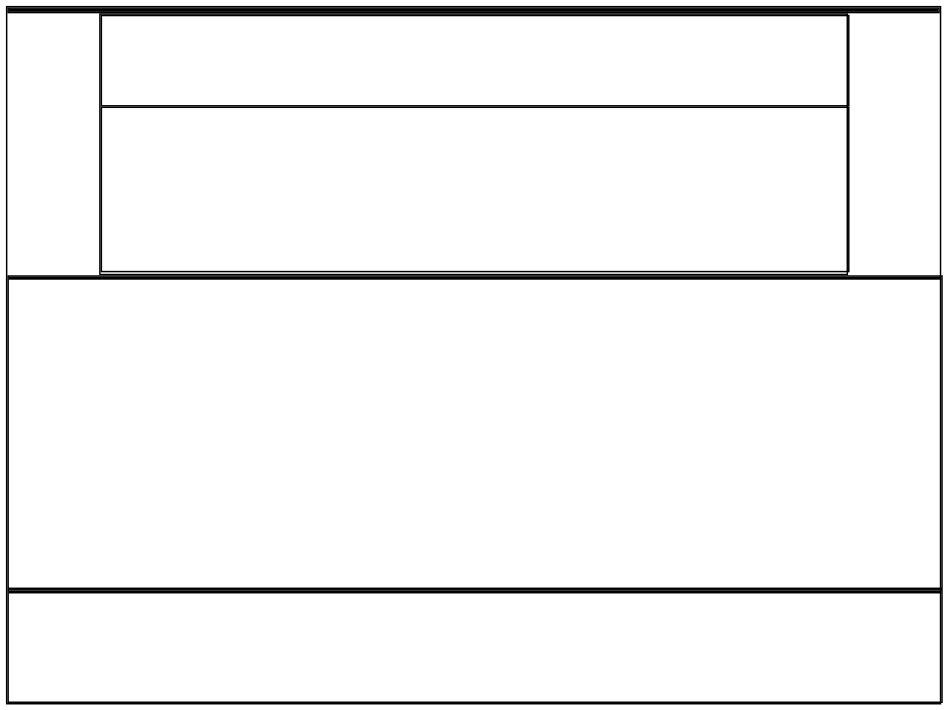
Repository: JHooniie/mini-Project
Page: http://localhost/Project-UIUX/index.jsp
These files come from the project's save history. The page is drawn as it stood at one moment and after the next save; the edit follows.
The browser window is 1280 px wide. The pictures show the whole page, at 74% of full size.
The page is served by Tomcat 9.

Above is the page before, as saved 2022-07-02 07:59:42.

After the next save:
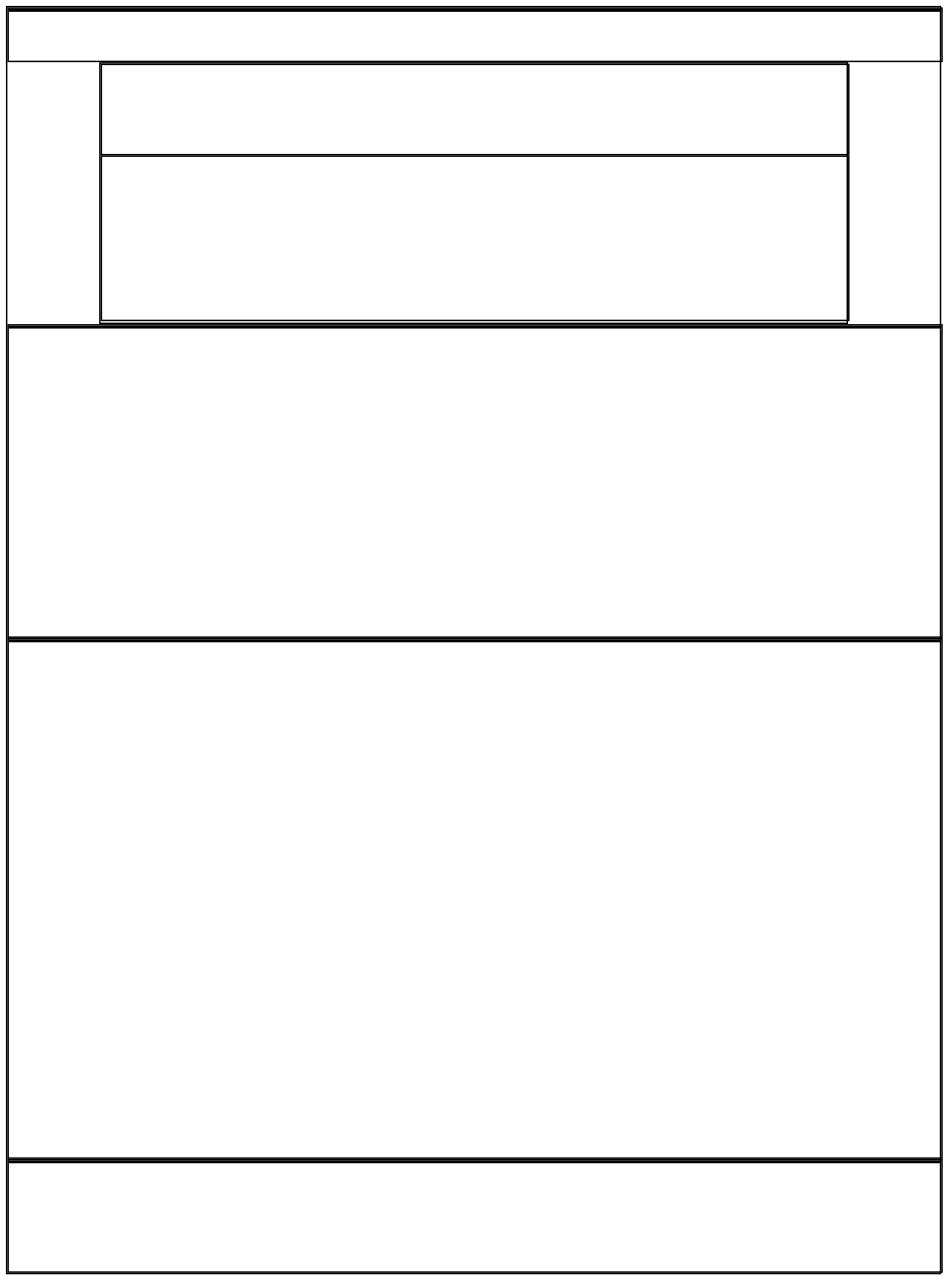
Saved 4 s later.
--- a/Project-UIUX/src/main/webapp/index.jsp
+++ b/Project-UIUX/src/main/webapp/index.jsp
@@ -13,7 +13,7 @@
 	<body>
 	<div id="wrap">
 	<header>
-		<div id="top-head">
+		<div id="top-headBox">
 			<div>
 
 			</div>
@@ -37,6 +37,13 @@
 			</div>
 	 	</div>
 	 	</article>
+	 	<article>
+		<div id="feed">
+			<div>
+
+			</div>
+	 	</div>
+	 	</article>
 	 </section>
 	 <footer>
 	 	<div id="ent-info">
